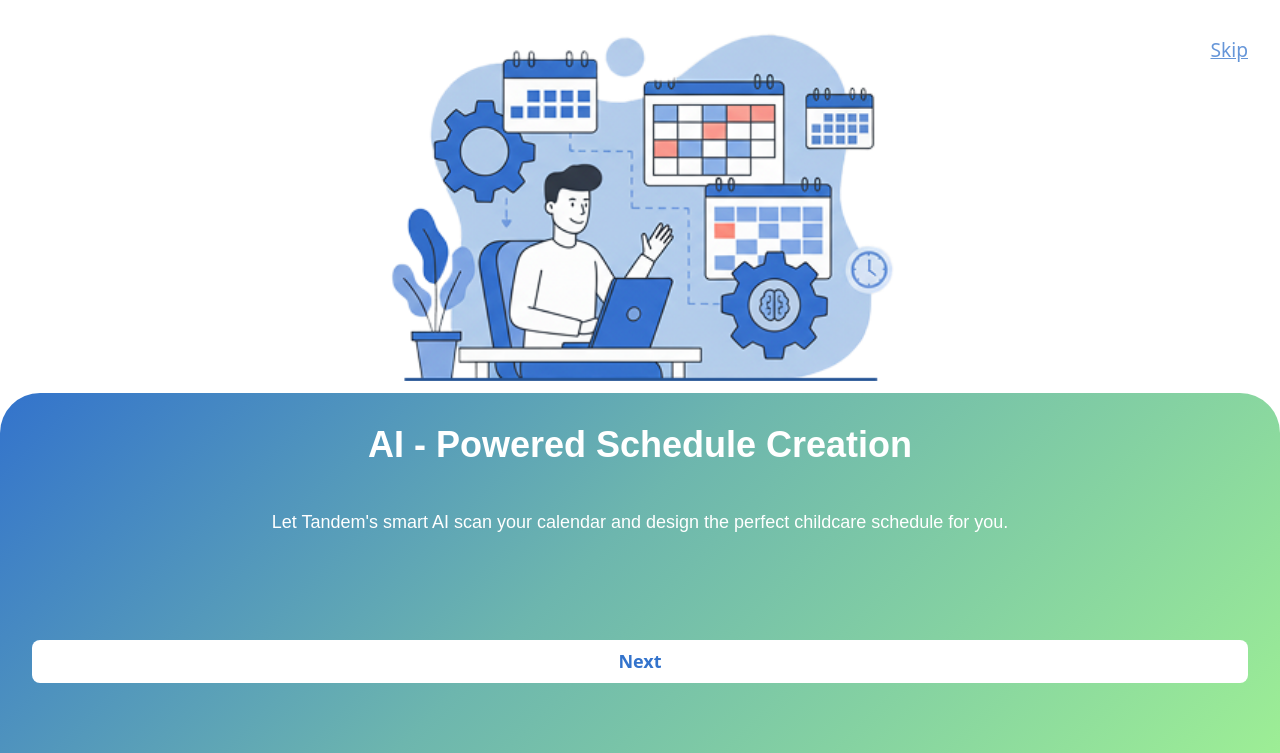
Repository: IDSP-TRADECARE/Tandem
Page: /boarding/features
The author's editor kept a copy of each file at every save. The page is drawn from the files as they stood at one save, then again after the next save.
The browser window is 1280 px wide. The pictures show the whole page.
The page's requests for data from a server got no answer. Some web fonts or font styles are not loaded; a fallback is used. The project was rebuilt for these pictures with package versions that can differ from the ones it lists, and the page was loaded fresh each time. Some packages were replaced by stand-ins written for this rebuild. The framework's server and built-in components were replaced by stand-ins that run in the browser. No one was signed in, and anything a server would have sent is missing. Also part of the build but not shown: next.config.ts, src/app/components/auth/AuthGuard.tsx.

Above is the page before, as saved 2025-11-23 00:36:32.

After the next save:
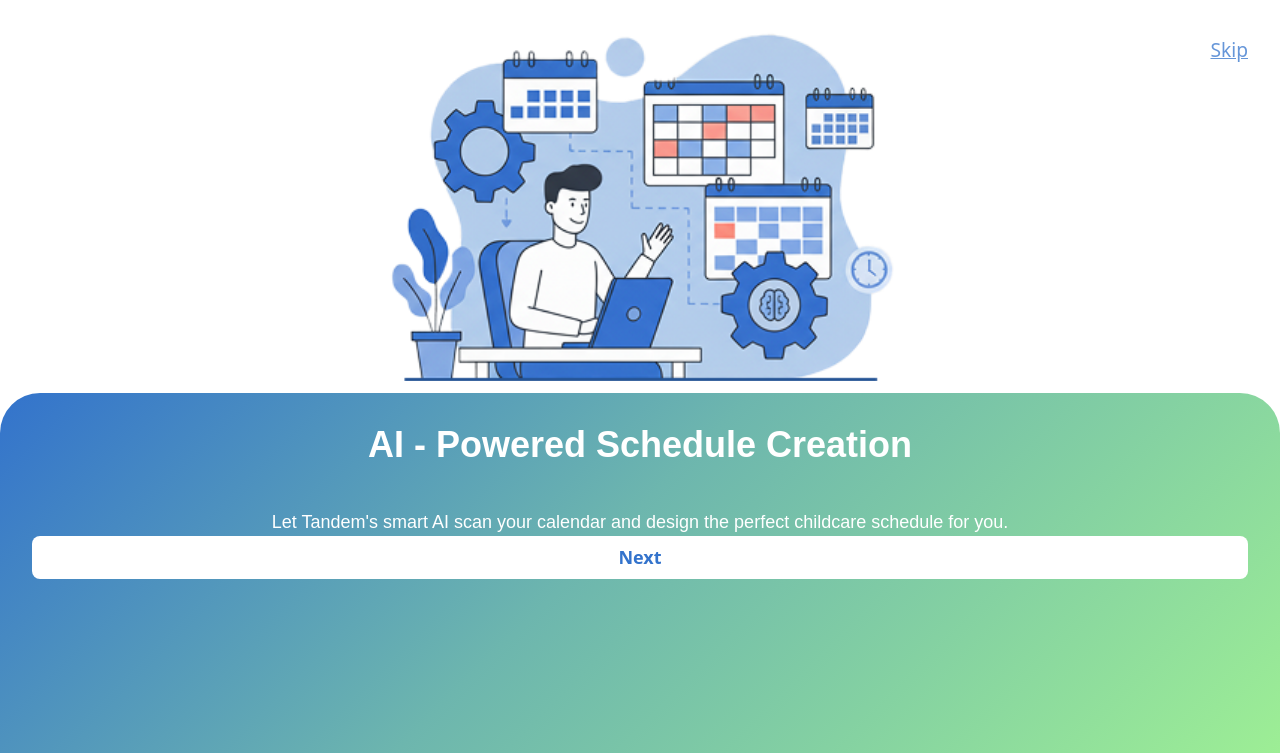
Saved 2 min 20 s later.
--- a/src/app/boarding/features/features.module.css
+++ b/src/app/boarding/features/features.module.css
@@ -79,7 +79,6 @@
     width: 100%;
     display: flex;
     flex-direction: column;
-    gap: 6.5rem;
 }
 
 .content {
